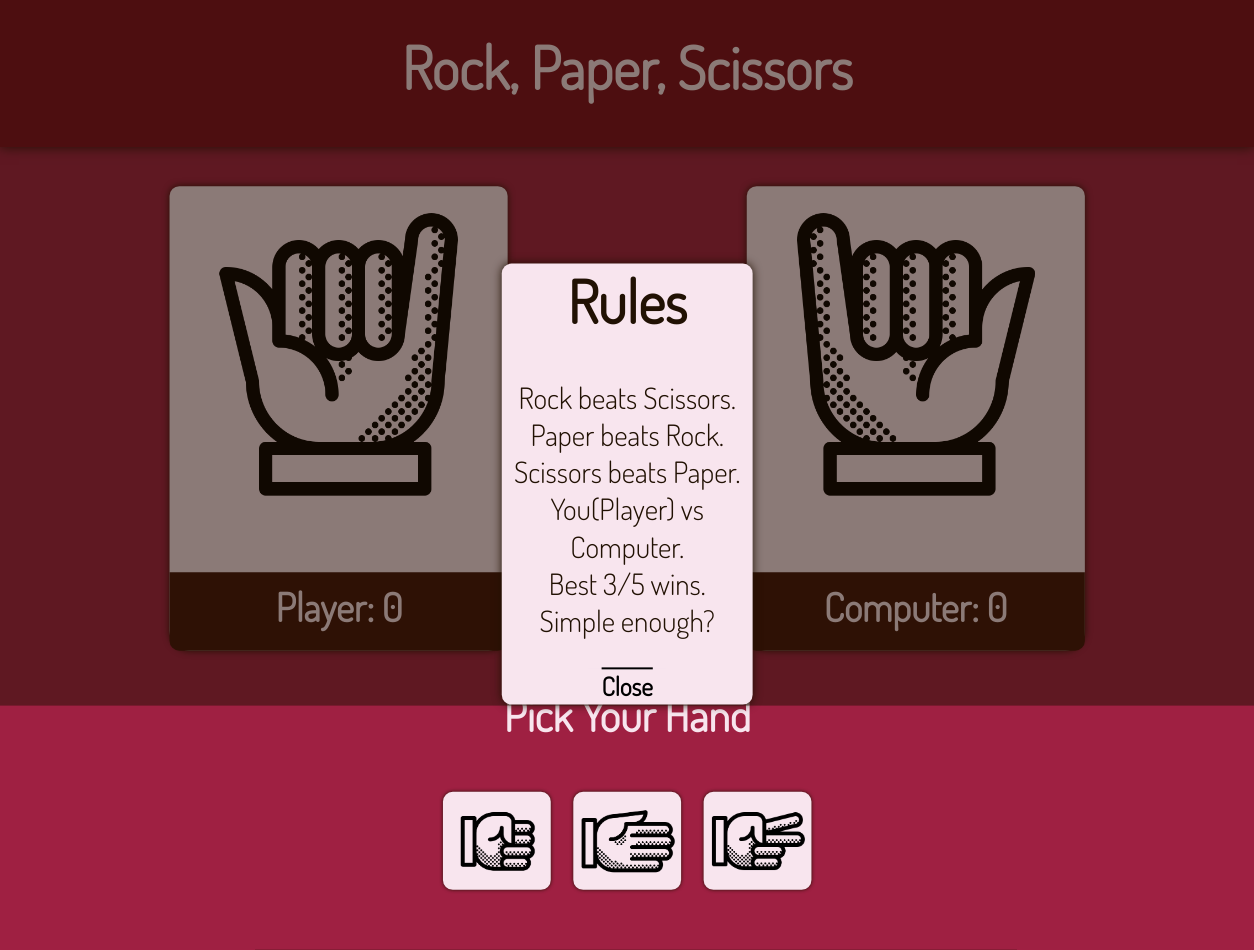
Repository: shayanabedi98/rock-paper-scissors
Page: index.html
These files come from the project's save history. The page is drawn as it stood at one moment and after the next save; the edit follows.
The browser window is 1280 px wide. The pictures show the whole page, at 98% of full size.
After loading, the first visible `button` was clicked once.

Above is the page before, as saved 2023-07-15 16:56:37.

After the next save:
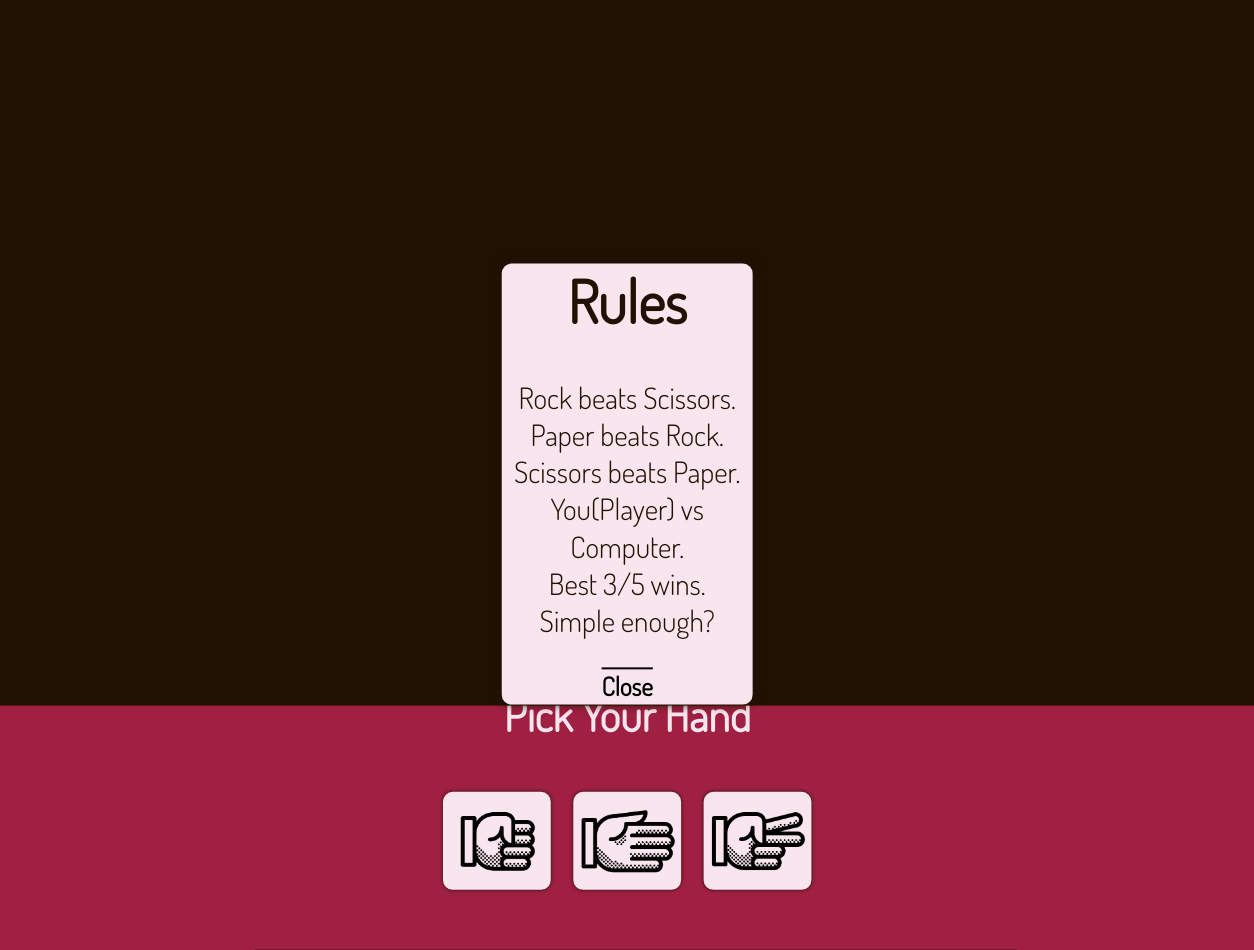
Saved 31 s later.
--- a/index.js
+++ b/index.js
@@ -19,6 +19,8 @@ rulesButton.addEventListener('click', function() {
     rules.style.opacity = '100';
     rules.style.transition = "0.5s"
     rules.style.visibility = 'visible';
+    darkDiv.style.opacity = '100';
+    darkDiv.style.transition = "0.5s"
     darkDiv.style.visibility = 'visible';
 });
 
